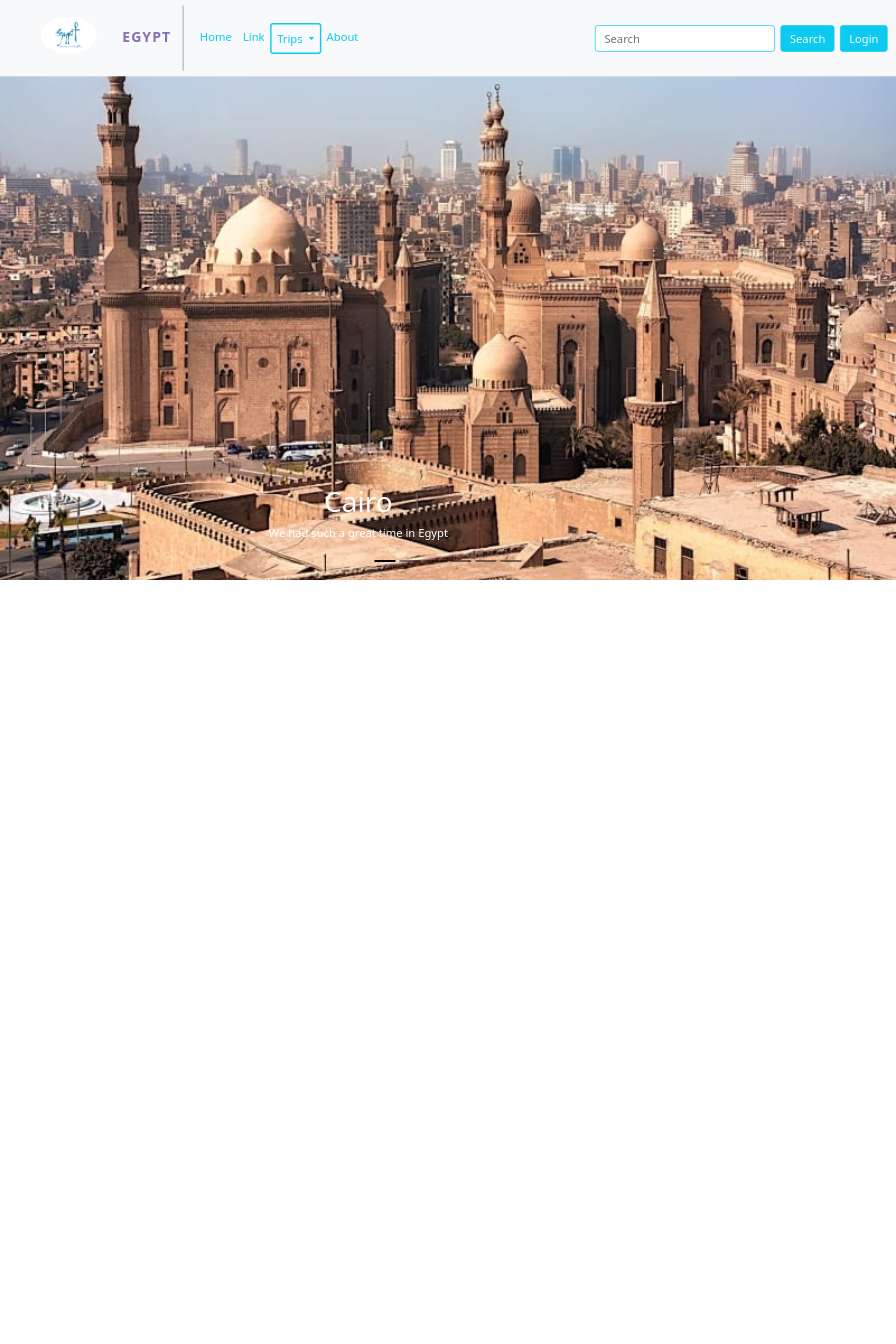
Repository: Ahmed123rezk123/P-temp
Page: index.html
The author's editor kept a copy of each file at every save. The page is drawn from the files as they stood at one save, then again after a run of saves.
The browser window is 1280 px wide. The pictures show the part of the page from y = 0 to 1920 px (the page is 10000 px tall), at 70% of full size.

Above is the page before, as saved 2024-02-15 13:38:14.

After the next 4 saves:
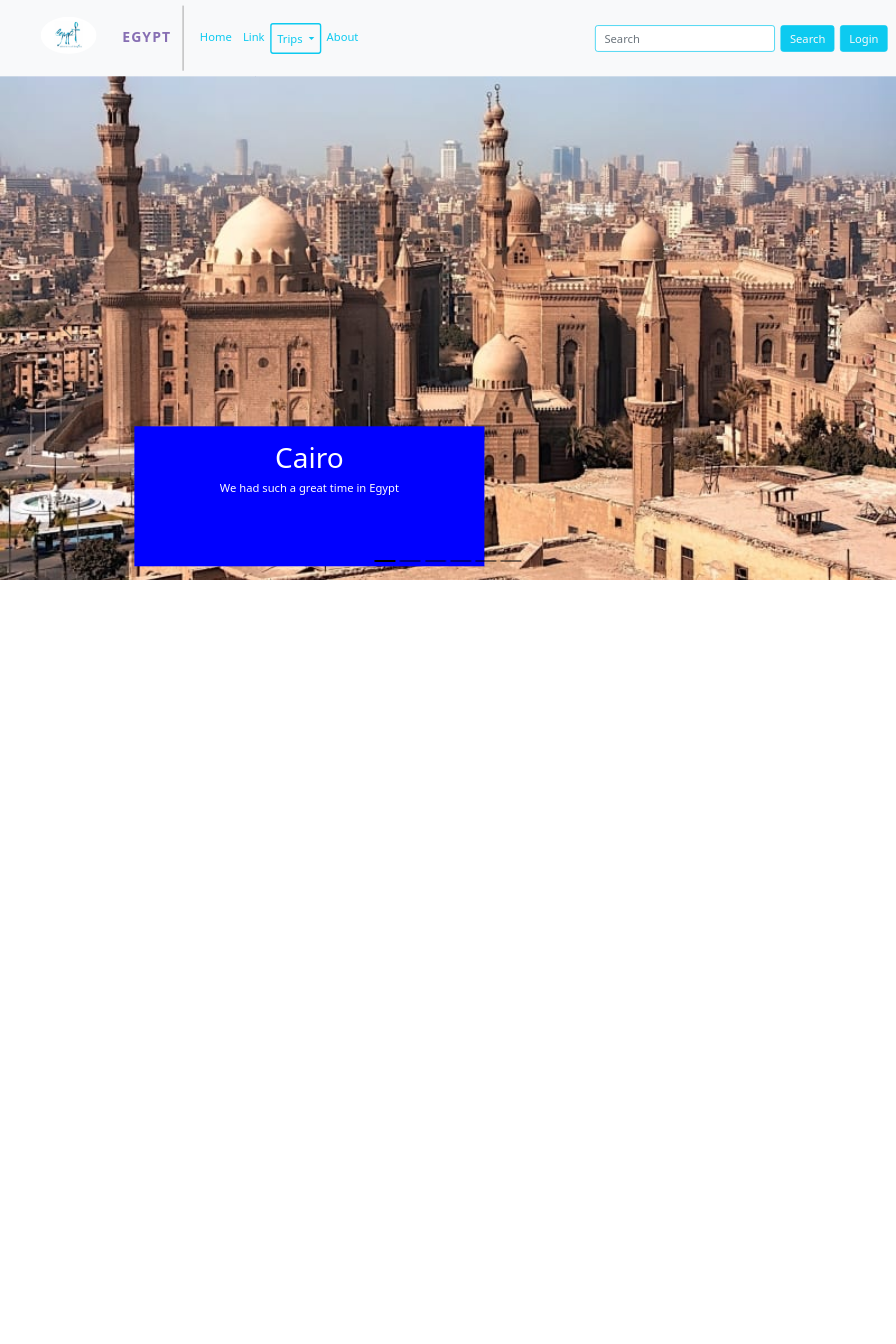
The 4 saves are shown as one change because they came seconds apart.
The last was saved 15 s later.
--- a/CSS/style.css
+++ b/CSS/style.css
@@ -35,8 +35,9 @@
   */
 
   .carousel-inner .content {
-    width: 50%;
-    background-color: ;
+    width: 500px;
+    height: 200px;
+    background-color: blue;
   }
   .carousel-inner img {
     width: 100%;

After the save that followed:
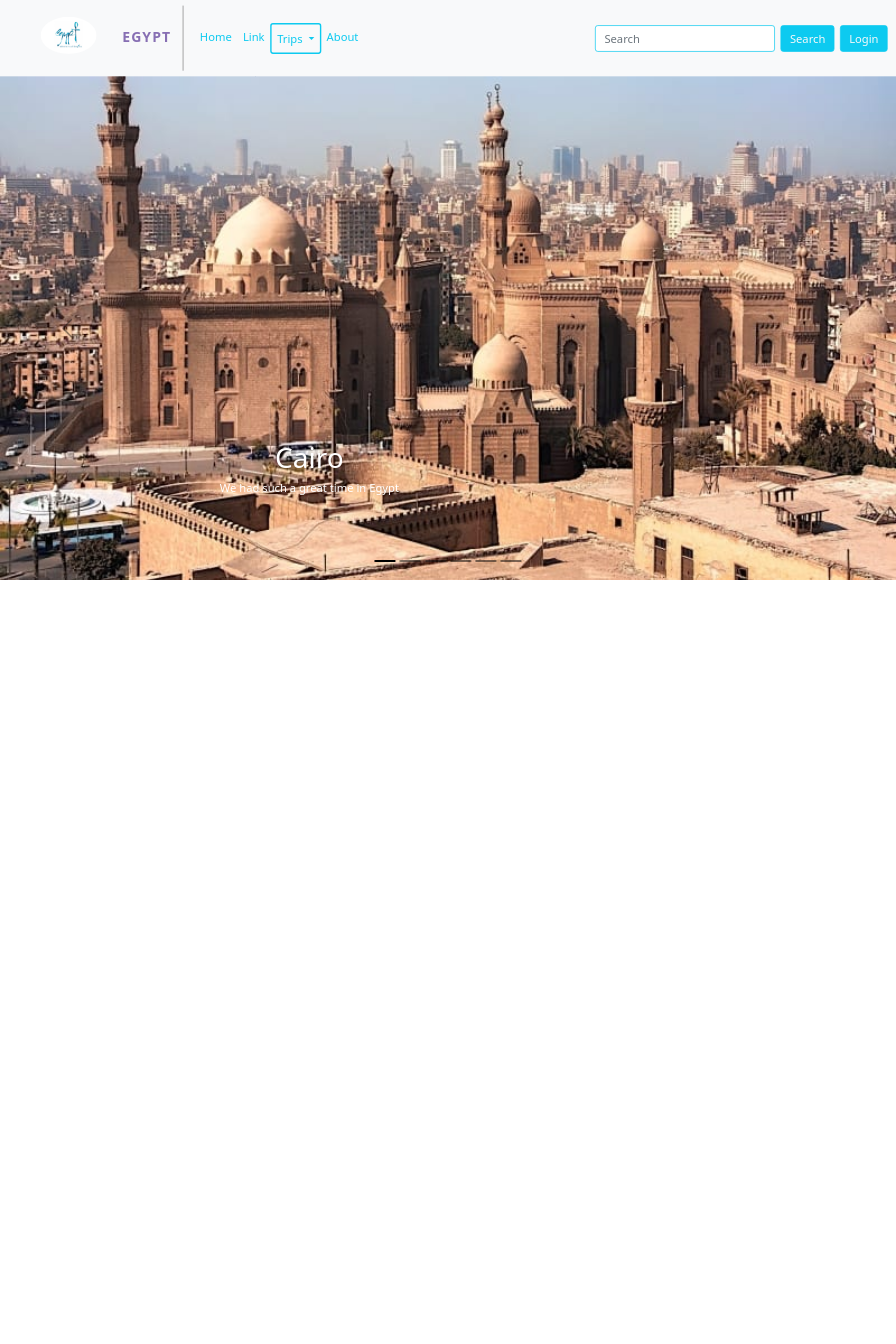
Saved 8 s later.
--- a/CSS/style.css
+++ b/CSS/style.css
@@ -37,7 +37,7 @@
   .carousel-inner .content {
     width: 500px;
     height: 200px;
-    background-color: blue;
+    background-color: ;
   }
   .carousel-inner img {
     width: 100%;
